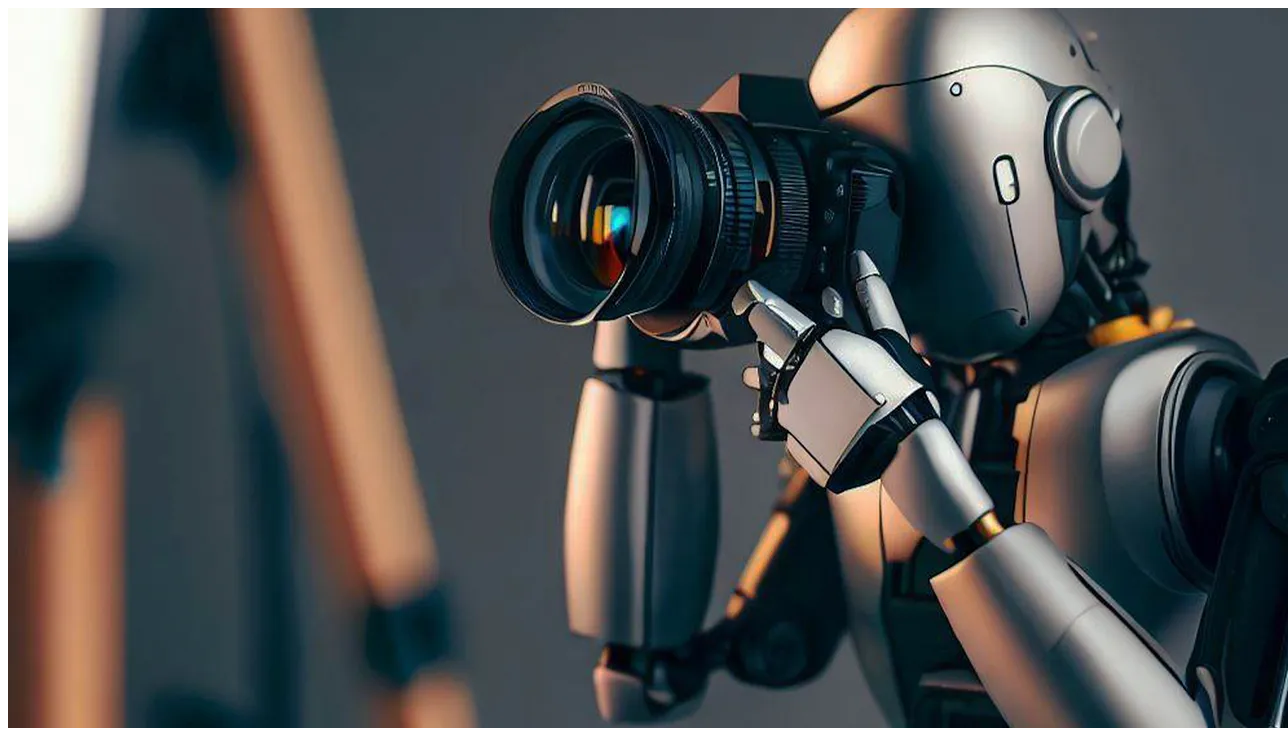
Repository: giacatdat2k5/html3
Page: html3.vs/test.html
These files come from the project's save history. The page is drawn as it stood at one moment and after the next save; the edit follows.
The browser window is 1280 px wide. The page is 1288 px wide, then 1280 px, so the pictures cover 1288 px, including what lies to the right of the window. The pictures show the whole page.

Above is the page before, as saved 2023-09-27 13:36:23.

After the next save:
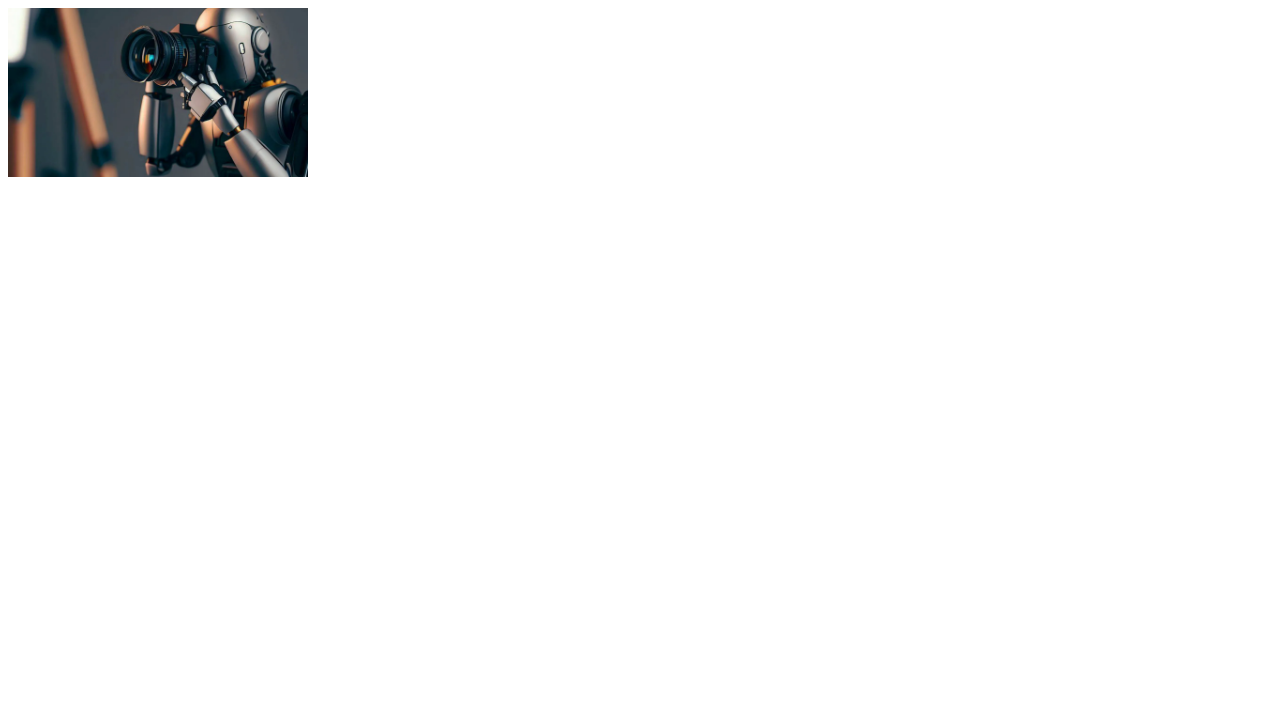
Saved 38 s later.
--- a/html3.vs/test.html
+++ b/html3.vs/test.html
@@ -1,3 +1,14 @@
-<div class="image-container">
-    <img src="anh1.webp" alt="Hình ảnh" class="blur-image">
-  </div>
+<!DOCTYPE html>
+<html lang="en">
+<head>
+    <meta charset="UTF-8">
+    <meta name="viewport" content="width=device-width, initial-scale=1.0">
+    <title>Document</title>
+    <link rel="stylesheet" type="text/css" href="test.css">
+</head>
+<body>
+    <div class="image-container">
+        <img src="anh1.webp" alt="Hình ảnh" class="blur-image">
+      </div>
+</body>
+</html>
